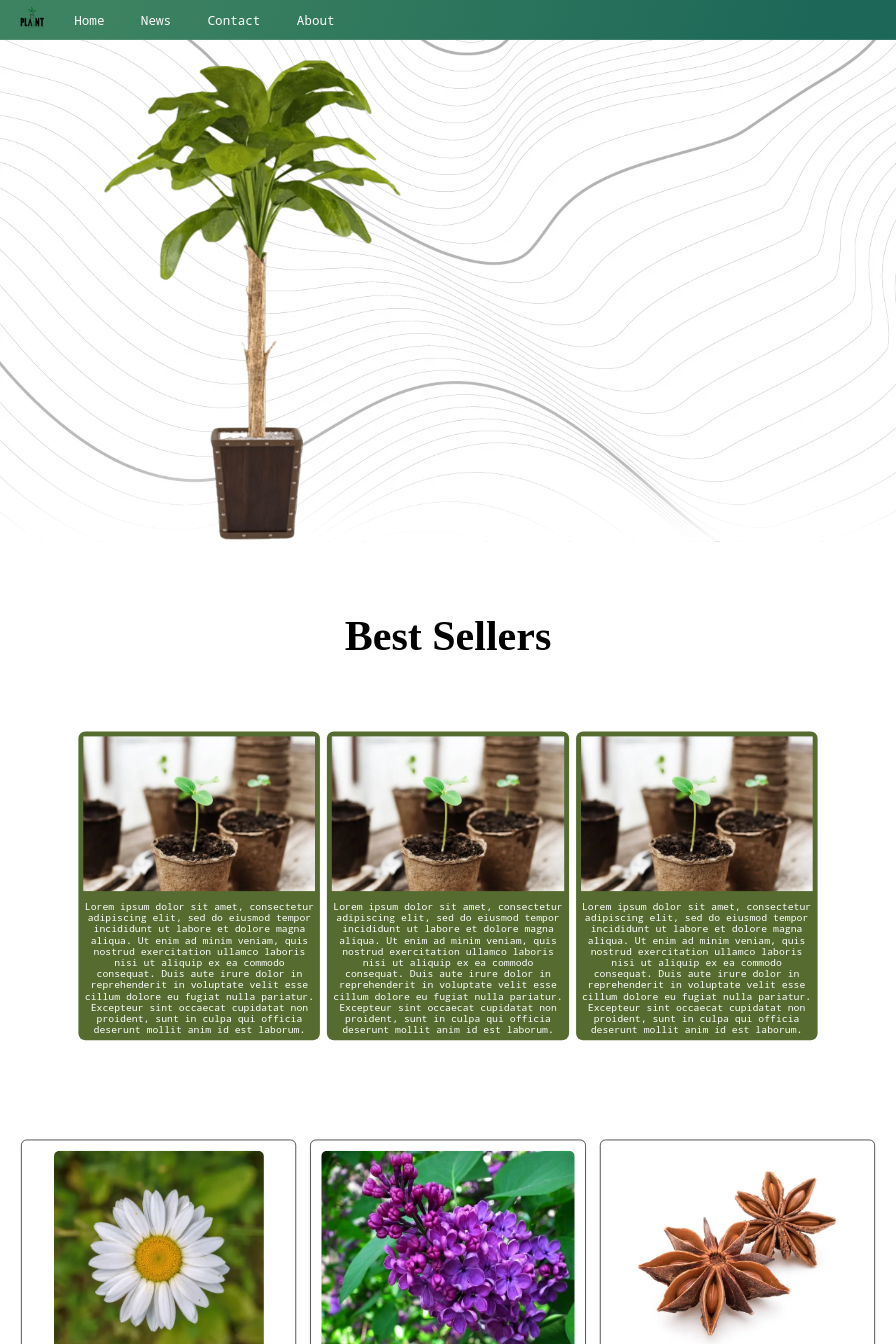
Repository: Flexo874/ISITECH-HTML-CSS
Page: index.html
The author's editor kept a copy of each file at every save. The page is drawn from the files as they stood at one save, then again after the next save.
The browser window is 1280 px wide. The pictures show the part of the page from y = 0 to 1920 px (the page is 3400 px tall), at 70% of full size.
Some web fonts or font styles are not loaded; a fallback is used.

Above is the page before, as saved 2024-01-04 13:55:31.

### index.html
<!DOCTYPE html>
<html>
<head>
    <title>Plantes & Co</title>
    <link rel="preconnect" href="https://fonts.googleapis.com">
<link rel="preconnect" href="https://fonts.gstatic.com" crossorigin>
<link href="https://fonts.googleapis.com/css2?family=Exo+2&family=Macondo&family=Nanum+Gothic&display=swap" rel="stylesheet">
     <link rel="stylesheet" type="text/css" href="./style.css">
     <link rel="stylesheet" type="text/css" href="./reseaux.css">
     <link rel="stylesheet" type="text/css" href="./engagement.css">
     <link rel="stylesheet" type="text/css" href="./instructions.css">
     <link rel="preconnect" href="https://fonts.googleapis.com">
     <link rel="preconnect" href="https://fonts.gstatic.com" crossorigin>
     <link href="https://fonts.googleapis.com/css2?family=Exo+2&display=swap" rel="stylesheet">
     <link rel="preconnect" href="https://fonts.googleapis.com">
     <link rel="preconnect" href="https://fonts.gstatic.com" crossorigin>
     <link href="https://fonts.googleapis.com/css2?family=Exo+2&family=Macondo&display=swap" rel="stylesheet">
</head>
<body>

    <ul>
        <li>  <img src="images/logo_render.png" alt="Logo"></li>
        <li><a href="#home">Home</a></li>
        <li><a href="#news">News</a></li>
        <li><a href="contact/contact.html">Contact</a></li>
        <li><a href="#about">About</a></li>
    </ul>

    <div class="plant-img">
        <div>
            <img src="images/plante_sans_bc.png" alt="plante">
        </div>
    </div>

    <h1 > Best Sellers</h1>

    <div class="container">
            <div class="item">
                <a>
                <img src="images/semis-prêt-à-être-planté-dans-le-jardin.webp" alt="Logo">
                <p>Lorem ipsum dolor sit amet, consectetur adipiscing elit, sed do eiusmod tempor incididunt ut labore et dolore magna aliqua. Ut enim ad minim veniam, quis nostrud exercitation ullamco laboris nisi ut aliquip ex ea commodo consequat. Duis aute irure dolor in reprehenderit in voluptate velit esse cillum dolore eu fugiat nulla pariatur. Excepteur sint occaecat cupidatat non proident, sunt in culpa qui officia deserunt mollit anim id est laborum.</p>
                </a>
            </div>
            <div class="item">
                <a>
                <img src="images/semis-prêt-à-être-planté-dans-le-jardin.webp" alt="Logo">
                <p>Lorem ipsum dolor sit amet, consectetur adipiscing elit, sed do eiusmod tempor incididunt ut labore et dolore magna aliqua. Ut enim ad minim veniam, quis nostrud exercitation ullamco laboris nisi ut aliquip ex ea commodo consequat. Duis aute irure dolor in reprehenderit in voluptate velit esse cillum dolore eu fugiat nulla pariatur. Excepteur sint occaecat cupidatat non proident, sunt in culpa qui officia deserunt mollit anim id est laborum.</p>
                </a>
            </div>
            <div class="item">
                <a>
                <img src="images/semis-prêt-à-être-planté-dans-le-jardin.webp" alt="Logo">
                <p>Lorem ipsum dolor sit amet, consectetur adipiscing elit, sed do eiusmod tempor incididunt ut labore et dolore magna aliqua. Ut enim ad minim veniam, quis nostrud exercitation ullamco laboris nisi ut aliquip ex ea commodo consequat. Duis aute irure dolor in reprehenderit in voluptate velit esse cillum dolore eu fugiat nulla pariatur. Excepteur sint occaecat cupidatat non proident, sunt in culpa qui officia deserunt mollit anim id est laborum.</p>
                </a>
            </div>
    </div>

    <section class="produits">
        <div class="produit">
            <img src="images/Leucanthemum_vulgare.webp" alt="Produit 1">
            <h3>Marguerite</h3>
            <p>Fleur.</p>
            <p>Prix: 100 berrys</p>
            <button>Acheter</button>
        </div>
        <div class="produit">
            <img src="images/1676375528_249_Belle-signification-et-symbolisme-de-la-couleur-de-la-fleur.webp" alt="Produit 1">
            <h3>Fleur de Lila</h3>
            <p>Fleur.</p>
            <p>Prix: 500berrys </p>
            <button>Acheter</button>
        </div>
        <div class="produit">
            <img src="images/anis-étoilé-spice-de-fruits-et-de-graines-isolé-sur-fond-blanc.webp" alt="Produit 1">
            <h3>Anis étoilé</h3>
            <p>Dplante.</p>
            <p>Prix: 100berrys</p>
            <button>Acheter</button>
        </div>
    </section>

    <section class="instructions">
        <div class="logo">
        <img src="images/logo_render.png" alt="Logo">
        </div>
        <div class="titre">
            <h2>Que faire avec Plantes & Co?</h2>
        </div>
        <div class="description">
            <p>🌱 Chers semateurs, je vous écris pour vous encourager dans cette aventure
                 merveilleuse et créative : la culture de plantes.🌳 Avant tout, gardez à l'esprit que les plantes sont les bases de notre nourriture, de notre vie, et même de notre existence. En s'occupant d'elles, on soutient notre planète et les créatures qui l'habitent.</p>
          </div>
        <div class="categories">
            <div class="calendar">
                <h3>L'angeda du jardinier</h3>
            </div>
            <div class="calendar">
                <h3>Calendrier des semis</h3>
            </div>
            <div class="calendar">
                <h3>Calendrier des fruits et légumes</h3>
            </div>
        </div>
    </section>

    <section class="engagement">
        <div class="titre2">
            <h2>Plantes & Co s'engage</h2>
        </div>
        <div class="cat">
            <div class="eng">
                <div class="titre-pesticide">
                    <h3>Zéro</h3>
                    <h4>PESTICIDE DEPUIS 2008 !</h4>
                </div>
                <div class="test">
                    <p>Plantes & CO a été la première enseigne à supprimer dès 2008 tous les pesticides du jardin de ses rayons !</p>
                </div>
             </div>
            <div class="separator"></div>
            <div class="eng">
                <div class="titre-pesticide">
                <h3>1000</h3>
                <h4>SOLUTIONS NATURELLES !</h4>
            </div>
                <div class="test">
                <p>Pour se passer d'engrais chimiques Plantes & Co propose plus de 1000 solutions alternatives pour la réalisation d’un jardin responsable.</p>
            </div>
            </div>
            <div class="separator"></div>
            <div class="eng">
                <div class="titre-pesticide">
                <h3>100 %</h3>
                <h4>CERTIFIÉS BIO</h4>
            </div>
                <div class="test">
                <p>Plantes & CO a été la première enseigne à supprimer dès 2008 tous les pesticides du jardin de ses rayons !</p>
            </div>
            </div>
            <div class="separator"></div>

            <div class="eng">
                <div class="titre-pesticide">
                <h3>15</h3>
                <h4>GARANTIES SUR NOS PRODUITS</h4>
            </div>
                <div class="test">
                <p>Plantes & CO a été la première enseigne à supprimer dès 2008 tous les pesticides du jardin de ses rayons !</p>
            </div>
            </div>
        </div>
    </section>

    <footer>
            <div class="socials">
                <div class="social">
                    <a class="yt"><img src="images/youtube.webp" alt="Youtube"></a>
                </div>
                <div class="social">
                    <img src="images/logo-facebook.webp" alt="Youtube">
                </div>
                <div class="social">
                    <img src="images/logo-black.png.twimg.1920.webp" alt="Youtube">
                </div>
                <div class="social">
                    <img src="images/580b57fcd9996e24bc43c521.webp" alt="Youtube">
                </div>
            </div>
    </footer>




</body>
</html>

### style.css
* {
  margin: 0;
  padding: 0;
  scroll-behavior: smooth;
}
ul {
  list-style-type: none;
  margin: 0;
  padding: 0;
  overflow: hidden;
  background-image: linear-gradient(
    109.6deg,
    rgba(61, 131, 97, 1) 11.2%,
    rgba(28, 103, 88, 1) 91.1%
  );
  display: flex;
  list-style: none;
  box-sizing: border-box;
  justify-content: left;
}

li img {
  width: 50px;
  height: auto;
  vertical-align: middle;
}

li {
  position: relative;
  margin-left: 20px;
}

li a {
  display: block;
  color: white;
  text-align: center;
  padding: 18px 16px;
  text-decoration: none;
  font-size: 18px;
  transition: 0.4s ease-in-out;
  position: center;
  font-family: "Noto Mono", monospace;
}

li a:hover {
  background-color: #00564B;
  border-radius: 5px;
  transform: scale(1.2);
}

.plant-img  {
  width: 100vw;
  height: 56vw;
  object-fit: cover;
  overflow: hidden;
  background-image:url(images/lines.webp)

}
.plant-img > div {
  width: 100%;
  height: 100%;
  background-image: linear-gradient(0deg, white 0%, rgba(0,0,0,0) 15%);
}

h1 {
  padding: 40px;
  padding-bottom: 0;
  margin-bottom: 0;
  margin-top: 60px;
  text-align: center;
  font-weight: bold;
  font-size: 60px;
}

.container {
  display: flex;
  grid-template-columns: repeat(3, 1fr);
  grid-auto-rows: minmax(300px, auto);
  gap: 10px;
  padding: 10px;
  margin-top: 0;
  margin: 8%;
  padding-top: 0;
}

.item {
  align-items: center;
  justify-content: center;
  border-radius: 10px;
  display: flex;
  justify-content: center;
  align-items: center;
  background-color: #556b2f;
}

.item a {
  margin: 7px;
}

.item a:hover {
  color: white;
}

.item img {
  max-width: 100%;
  height: auto;
}

.item p {
  margin-top: 10px;
  text-align: center;
  color: white;
  font-family: "Noto Mono", monospace;
  font-size: 14px;
}

.produits {
  display: flex;
  flex-wrap: wrap;
  justify-content: space-around;
  padding: 20px;
}

.produit {
  background-color: #fff;
  border: 1px solid #ddd;
  border-radius: 8px;
  border-color: #111;
  margin: 10px;
  padding: 15px;
  text-align: center;
  transition: transform 0.3s ease-in-out;
  width: calc(33.33% - 20px);
  box-sizing: border-box;


}

.produit:hover {
  transform: scale(1.05);
}

.produit img {
  max-width: 100%;
  height: 300px;
  border-radius: 8px;
}

.produit h3 {
  margin-top: 10px;
  font-size: 1.5em;
  color: #333;
}

.produit p {
  color: #666;
}

.produit button {
  background-color: #4caf50;
  color: #fff;
  padding: 10px 15px;
  border: none;
  border-radius: 5px;
  cursor: pointer;
  margin-top: 15px;
}

.produit button:hover {
  background-color: #45a049;
}

### reseaux.css
footer{
    background-color:white;

}

.socials{
    display: flex;
    justify-content:center;
    padding: 10px 0;

}

.social{
    margin:0 10px;
}

.social img{
    width: 26px;
    height: 26px;
}

.social  :hover{
    transform: scale(1.1);
}
.social > .yt img{
    width: 26px;
    height: auto;
    padding-top: 5px;
    scale: 1.1;
}

### engagement.css
.engagement{
    padding: 20px ;

    background-color:#00564B;
}

.titre2{
    margin-top: 70px;
    text-align: center  ;
}
.engagement > .titre2 h2{
    font-family: 'Exo 2', sans-serif;
    font-family: 'Macondo', cursive;
    color:wheat;
    font-size: 50px;
}

.cat{
    display: flex;
    flex-wrap: wrap;
    justify-content: space-around;
    align-items: top;
    width: 100%;
    margin-top: 30px;
    margin-bottom: 20px;
    text-align:left;
    flex-direction:row;
    border-color: 8px solid black;


}

.test {
    display: flex;
    align-items:baseline;
    height: 100px;
}

.titre-pesticide {
    height: 120px;
}

.eng {
    width: 20%;
}

.eng h3{
    font-size: 55px;
    color:white;
    display: block;
}

.eng h4{
    font-size: 20px;
    color:white;
    margin-bottom: 30px;
    font-family: 'Exo 2', sans-serif;
    font-family: 'Macondo', cursive;
    font-family: 'Nanum Gothic', sans-serif;
    display: block;
}

.eng p{
    color:white;
}

.separator{
    height: 200px;
    width: 1px;
    background-color: black;
}

### instructions.css
.instructions{
    padding: 20px ;
    margin-top: 60px;
    background-color:#F8F8F4;

}

.logo{
    display: flex;
    justify-content: center;
    align-items:center;
}

.logo img {
    width: 10%;

}



 .titre {
  margin-top: 20px;
  text-align: center;
  font-weight: bold;
  color:#00564B;
  font-size: 30px;
  width: 100%;
}

.titre h2{
    font-family: 'Exo 2', sans-serif;
}

.description{
    display: flex;
    margin: 40px;
    text-align: center;
    margin-left: 20%;
    margin-right: 20%;
}

.description p{
    letter-spacing: 3px;
    font-size: 18px;

}


.categories{
    display: flex;
    flex-wrap: wrap;
    justify-content: space-around;
    padding: 20px;
    align-items: center;

    margin-top: 30px;
    margin-bottom: 50px;
}

.calendar{
    background-color: #fff;
  border: 1px solid #ddd;


  margin: 10px;
  padding: 15px;
  text-align: center;
  transition: transform 0.3s ease-in-out;
  width: calc(33.33% - 20px);
  box-sizing: border-box;
  height: 200px;
  width: 30%;
  display: flex;
  flex-direction: column;
  justify-content: space-around;
  border-bottom: solid 8px #00564B;
  transition: border 200ms ease-in-out;
}

.calendar:hover {
    border: solid 8px #00564B;
}

.calendar > h3 {
    font-size: 24px;

}

After the next save:
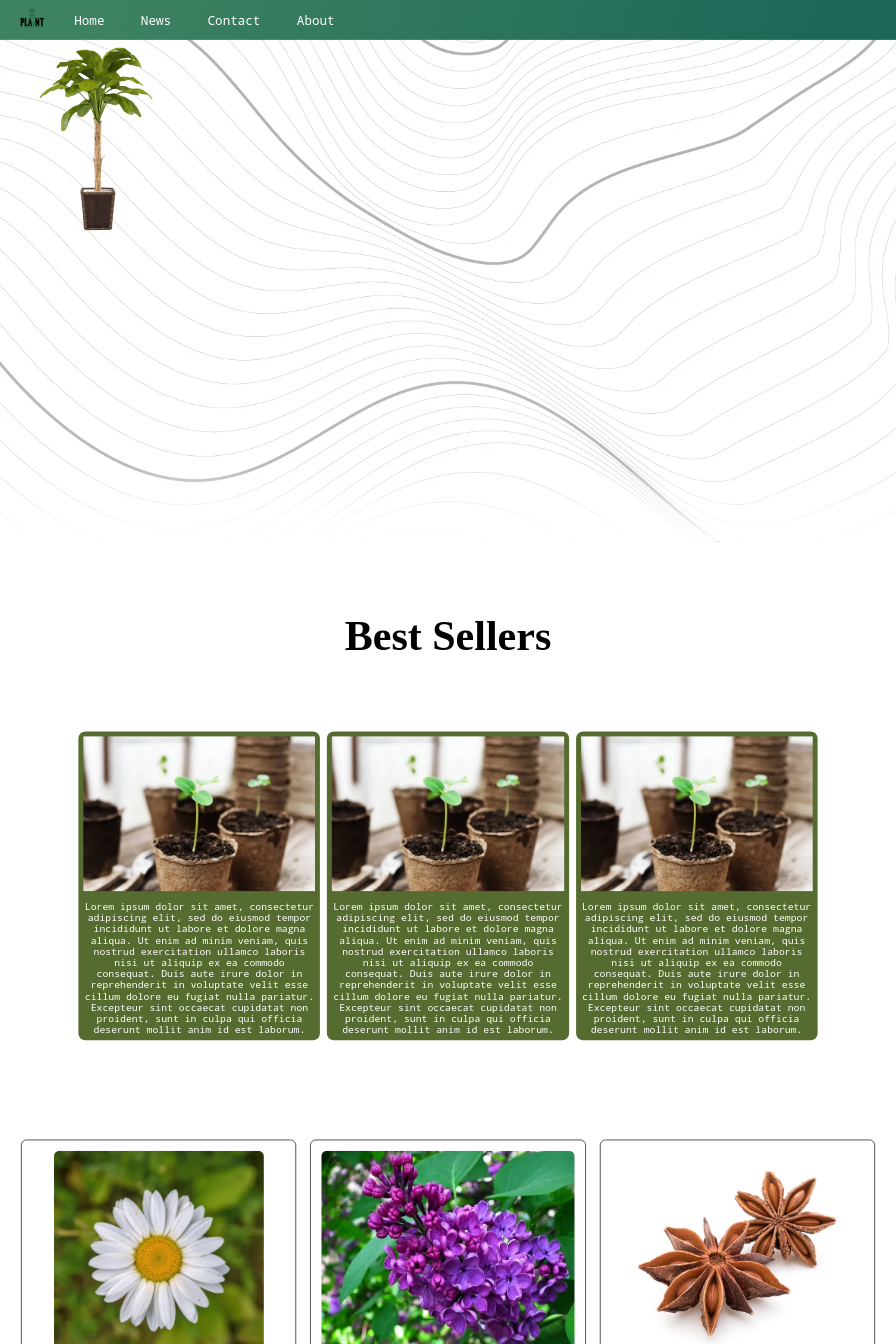
Saved 43 s later.
--- a/style.css
+++ b/style.css
@@ -60,6 +60,10 @@
   width: 100%;
   height: 100%;
   background-image: linear-gradient(0deg, white 0%, rgba(0,0,0,0) 15%);
+}
+
+.plant-img > div img{
+  width: 20%;
 }
 
 h1 {

After the 4 saves that followed:
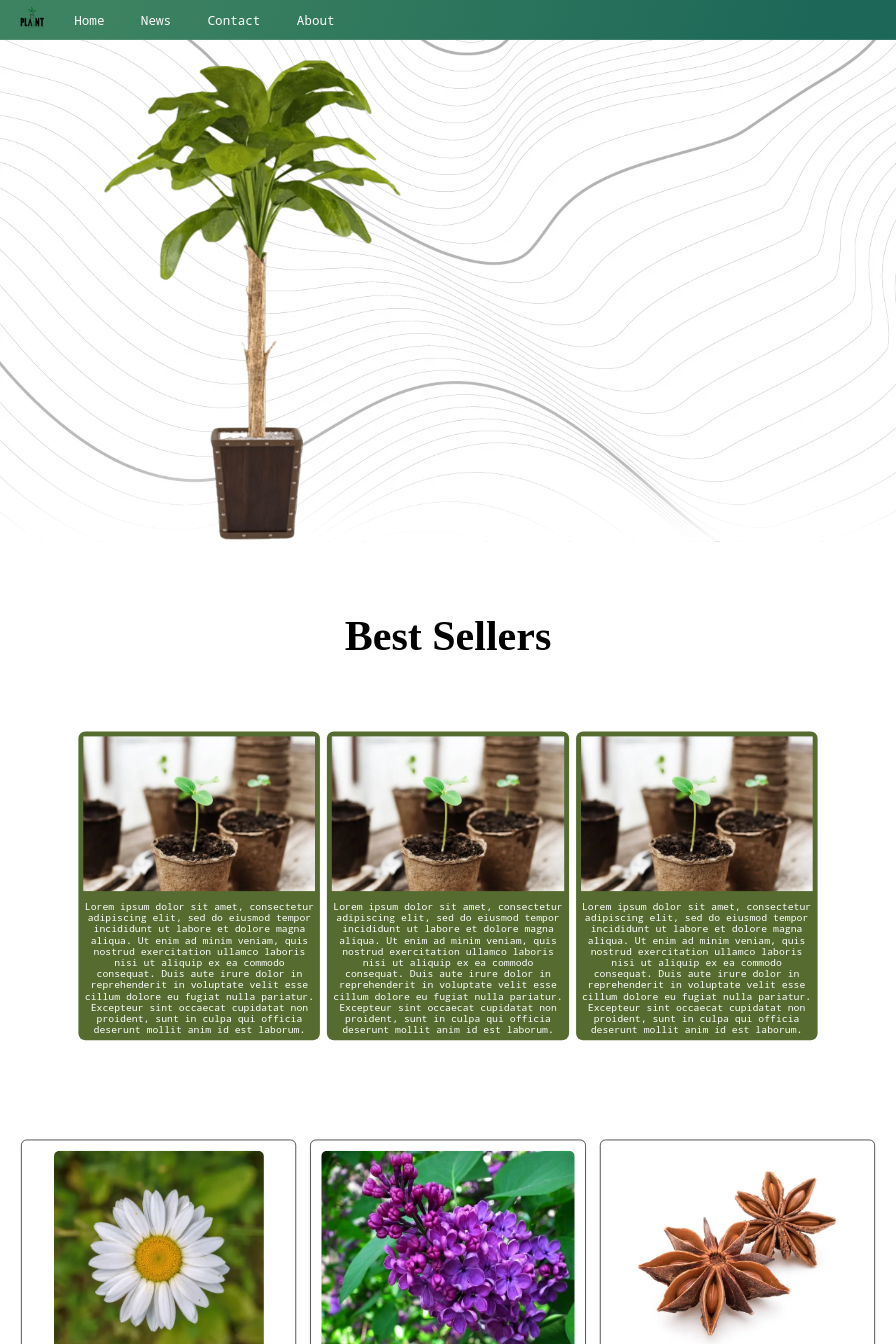
The 4 saves are shown as one change because 3 left the picture as it was.
The last was saved 3 min 42 s later.
--- a/style.css
+++ b/style.css
@@ -60,10 +60,12 @@
   width: 100%;
   height: 100%;
   background-image: linear-gradient(0deg, white 0%, rgba(0,0,0,0) 15%);
+
 }
 
 .plant-img > div img{
-  width: 20%;
+
+
 }
 
 h1 {
